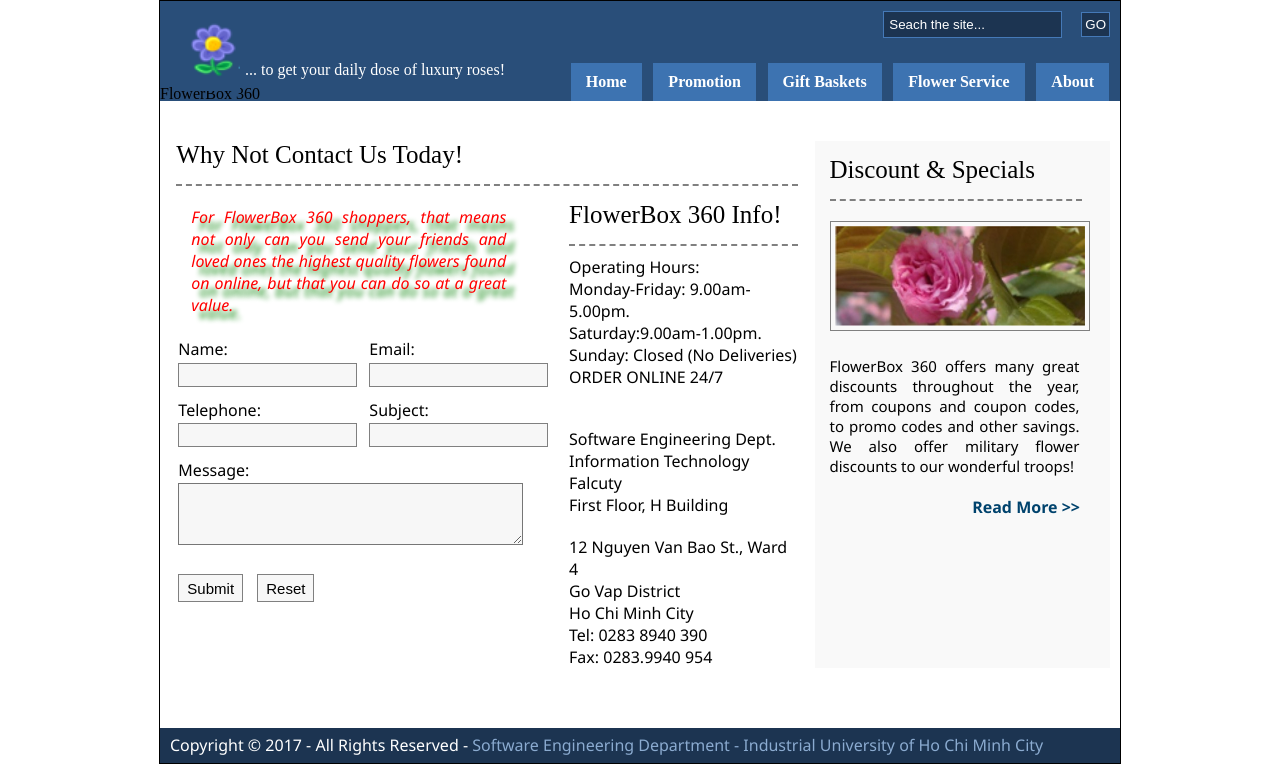
Repository: thu1365/BTKT_WEB
Page: HTML/btkt.html
These files come from the project's save history. The page is drawn as it stood at one moment and after the next save; the edit follows.
The browser window is 1280 px wide. The pictures show the whole page.

Above is the page before, as saved 2023-03-11 20:37:46.

### HTML/btkt.html
<!DOCTYPE html>
<html lang="en">

<head>
    <meta charset="UTF-8">
    <meta http-equiv="X-UA-Compatible" content="IE=edge">
    <meta name="viewport" content="width=device-width, initial-scale=1.0">
    <title>21025781-Lê Minh Thư</title>
    <style>
        * {
            padding: 0;
            margin: 0 auto;
        }

        .wrapper {
            width: 960px;
            background-color: #fff;
            border: 1px solid black;
        }

        header {
            position: relative;
            width: 960px;
            height: 100px;
            background-color: #294e79;
        }

        .logo {
            position: relative;
            left: 20px;
            top: 10px;
            width: 60px;
            height: 80px;
        }

        .web_name {
            font-size: 40px;
            color: #fff;
            position: absolute;
            left: 85px;
            top: 8px;
        }

        .des_web_name {
            color: #fff;
            position: absolute;
            left: 85px;
            top: 60px;
        }

        #seach_form_inp {
            background-color: #1c3451;
            border: 1px solid #4579b7;
            color: #fff;
            margin-right: 15px;
            height: 25px;
        }

        #seach_form_inp::placeholder {
            padding-left: 5px;
            color: #fff;
        }

        #seach_form_btn {
            background-color: #1c3451;
            border: 1px solid #4579b7;
            color: #fff;
            height: 25px;
            padding: 0 3px;
        }

        .seach_form {
            position: absolute;
            top: 10px;
            right: 10px;
        }

        .nav {
            display: flex;
            width: 550px;
            position: absolute;
            bottom: 0px;
            right: 5px;
        }

        .nav_item {
            position: relative;
            padding: 10px 15px;
            background-color: #3d73b1;
        }

        .nav_item:hover {
            background-color: #8babd0;
        }

        .nav_item a {
            color: white;
            font-weight: bold;
            text-decoration: none;
        }

        .nav_subnav {
            display: none;
            position: absolute;
            top: 39px;
            left: 0px;
            width: 180px;
            height: 60px;
            background-color: #8babd0;
        }

        .nav_subnav_item {
            box-sizing: border-box;
            padding-left: 15px;
            line-height: 30px;
            height: 50%;
            border: 1px solid rgb(158, 196, 240);
        }

        .nav_item:hover .nav_subnav {
            display: block;
            background-color: #9bbbe0;
        }

        .nav_subnav_item:hover {
            background-color: #edf6ff;
            cursor: pointer;
        }

        .container {
            font-family: 'Segoe UI', Tahoma, Geneva, Verdana, sans-serif;
            padding-bottom: 60px;
            width: 100%;
            display: flex;
        }

        .left_cnt {
            display: flex;
            width: 70%;
            justify-content: space-between;
            flex-wrap: wrap;
        }

        .c1 {
            width: 55%;
        }

        .c2 {
            width: 35%;
        }

        .c3 {
            background-color: #f9f9f9;
            width: 30%;
            padding-left: 15px;
            margin-top: 40px;
            margin-right: 10px;
        }

        .main_para {
            font-family: 'Times New Roman', Times, serif;
            width: 95%;
            padding: 40px 0px 15px 0px;
            font-size: 25px;
            font-weight: 400;
            border-bottom: 2px dashed gray;
        }

        .c1_para {
            padding: 20px 30px 20px 15px;
            text-align: justify;
            color: red;
            font-style: italic;
            font-family: 'Segoe UI', Tahoma, Geneva, Verdana, sans-serif;
            text-shadow: 8px 8px 5px green;
            font-weight: 450;
        }

        table input {
            height: 22px;
            margin-right: 10px;
            margin-bottom: 10px;
            background-color: #f7f7f7;
            border: 1px solid gray;
        }

        table textarea {
            background-color: #f7f7f7;
        }

        .c1_btn {
            box-sizing: border-box;
            margin-top: 20px;
            height: 28px;
            font-size: 15px;
            padding: 0 8px;
            line-height: 28px;
            border: 1px solid gray;
        }

        .c2_para {
            font-family: 'Times New Roman', Times, serif;
            padding: 15px 0px 15px;
            width: 100%;
            font-size: 25px;
            font-weight: 400;
            border-bottom: 2px dashed gray;
        }

        .c2_des1 {
            font-family: 'Segoe UI', Tahoma, Geneva, Verdana, sans-serif;
            padding: 10px 0 40px 0;
        }

        .c2_des2 {
            font-family: 'Segoe UI', Tahoma, Geneva, Verdana, sans-serif;
        }

        .c2_des3 {
            font-family: 'Segoe UI', Tahoma, Geneva, Verdana, sans-serif;
            padding-top: 20px;
        }

        .c3_para {
            font-family: 'Times New Roman', Times, serif;
            padding: 15px 0px 15px;
            width: 90%;
            margin-right: 30px;
            font-size: 25px;
            font-weight: 400;
            border-bottom: 2px dashed gray;
        }

        .c3_img {
            width: 250px;
            height: 100px;
            padding: 4px;
            margin: 20px 0;
            border: 1px solid gray;
        }

        .c3_des {
            width: 250px;
            margin-right: 30px;
            float: left;
            text-align: justify;
            font-family: 'Segoe UI', Tahoma, Geneva, Verdana, sans-serif;
            font-size: 15px;
            display: block;
        }

        .c3_link {
            color: #00436d;
            font-weight: bold;
            margin-right: 30px;
            float: right;
            padding-top: 20px;
            text-decoration: none;
        }

        footer {
            background-color: #1c3451;
            height: 35px;
        }

        #footer_line {
            font-family: 'Segoe UI', Tahoma, Geneva, Verdana, sans-serif;
            padding-left: 10px;
            color: #8babd0;
            line-height: 35px;
        }

        #footer_line .white {
            color: #fff;
        }
    </style>
</head>

<body>
    <div class="wrapper">
        <header>
            <img src="/IMAGE/AnhLogo.PNG" alt="" class="logo">
            <p class="web_name1">FlowerBox 360</p>
            <p class="des_web_name">... to get your daily dose of luxury roses!</p>
            <form action="" class="seach_form">
                <input type="text" name="" id="seach_form_inp" placeholder="Seach the site...">
                <input id="seach_form_btn" type="button" value="GO">
            </form>
            <div class="nav">
                <div class="nav_item"><a href="">Home</a></div>
                <div class="nav_item"><a href="">Promotion</a></div>
                <div class="nav_item"><a href="">Gift Baskets</a></div>
                <div class="nav_item"><a href="">Flower Service</a>
                    <div class="nav_subnav">
                        <div class="nav_subnav_item">Flower for Wedding</div>
                        <div class="nav_subnav_item">Flower for Conference</div>

                    </div>
                </div>
                <div class="nav_item"><a href="">About</a></div>
            </div>
        </header>
        <div class="container">
            <div class="left_cnt">
                <p class="main_para">Why Not Contact Us Today!</p>
                <div class="c1">
                    <p class="c1_para">For FlowerBox 360 shoppers, that means not only can you send your friends and loved ones the highest quality flowers found on online, but that you can do so at a great value.</p>
                    <form action="" class="c1_form">
                        <table>
                            <tr>
                                <td><label for="name_ip">Name:</label></td>
                                <td><label for="mail_ip">Email:</label></td>
                            </tr>
                            <tr>
                                <td><input type="text" name="" id="name_ip"></td>
                                <td><input type="email" name="" id="mail_ip"></td>
                            </tr>
                            <tr>
                                <td><label for="tel_ip">Telephone:</label></td>
                                <td><label for="sub_ip">Subject:</label></td>
                            </tr>
                            <tr>
                                <td><input type="tel" name="" id="tel_ip"></td>
                                <td><input type="text" name="" id="sub_ip"></td>
                            </tr>
                            <tr>
                                <td colspan="2"><label for="mess_ip">Message:</label></td>
                            </tr>
                            <tr>
                                <td colspan="2"> <textarea name="" id="mess_ip" cols="41" rows="4"></textarea></td>
                            </tr>
                            <tr>
                                <tr>
                                    <td><input class="c1_btn" type="button" value="Submit"> <input class="c1_btn" type="button" value="Reset"></td>
                                </tr>
                            </tr>
                        </table>

                    </form>
                </div>
                <div class="c2">
                    <p class="c2_para">FlowerBox 360 Info!</p>
                    <p class="c2_des1">Operating Hours: <br> Monday-Friday: 9.00am-5.00pm.<br> Saturday:9.00am-1.00pm.
                        <br> Sunday: Closed (No Deliveries)<br> ORDER ONLINE 24/7
                    </p>
                    <p class="c2_des2">
                        Software Engineering Dept. <br> Information Technology Falcuty<br> First Floor, H Building
                    </p>
                    <p class="c2_des3">
                        12 Nguyen Van Bao St., Ward 4<br> Go Vap District<br> Ho Chi Minh City<br> Tel: 0283 8940 390<br> Fax: 0283.9940 954
                    </p>


                </div>
            </div>
            <div class="c3">
                <p class="c3_para">Discount & Specials</p>
                <img src="/IMAGE/Hoa.jpg" alt="" class="c3_img">
                <p class="c3_des">FlowerBox 360 offers many great discounts throughout the year, from coupons and coupon codes, to promo codes and other savings. We also offer military flower discounts to our wonderful troops!</p>
                <a class="c3_link" href="">Read More >></a>
            </div>
        </div>
        <footer>
            <p id="footer_line"><span class="white">Copyright © 2017 - All Rights Reserved -</span> Software Engineering Department - Industrial University of Ho Chi Minh City</p>
        </footer>
    </div>
</body>

</html>

After the next save:
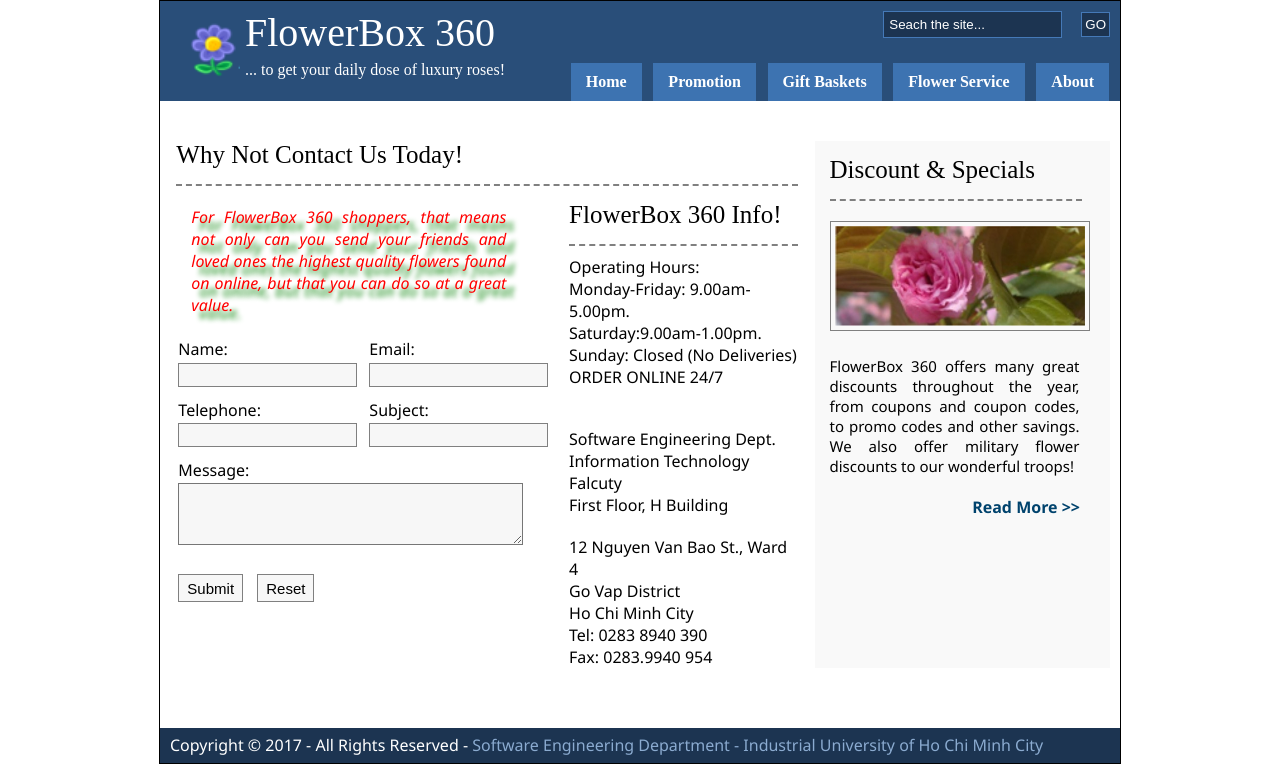
Saved 11 s later.
--- a/HTML/btkt.html
+++ b/HTML/btkt.html
@@ -280,7 +280,7 @@
     <div class="wrapper">
         <header>
             <img src="/IMAGE/AnhLogo.PNG" alt="" class="logo">
-            <p class="web_name1">FlowerBox 360</p>
+            <p class="web_name">FlowerBox 360</p>
             <p class="des_web_name">... to get your daily dose of luxury roses!</p>
             <form action="" class="seach_form">
                 <input type="text" name="" id="seach_form_inp" placeholder="Seach the site...">
